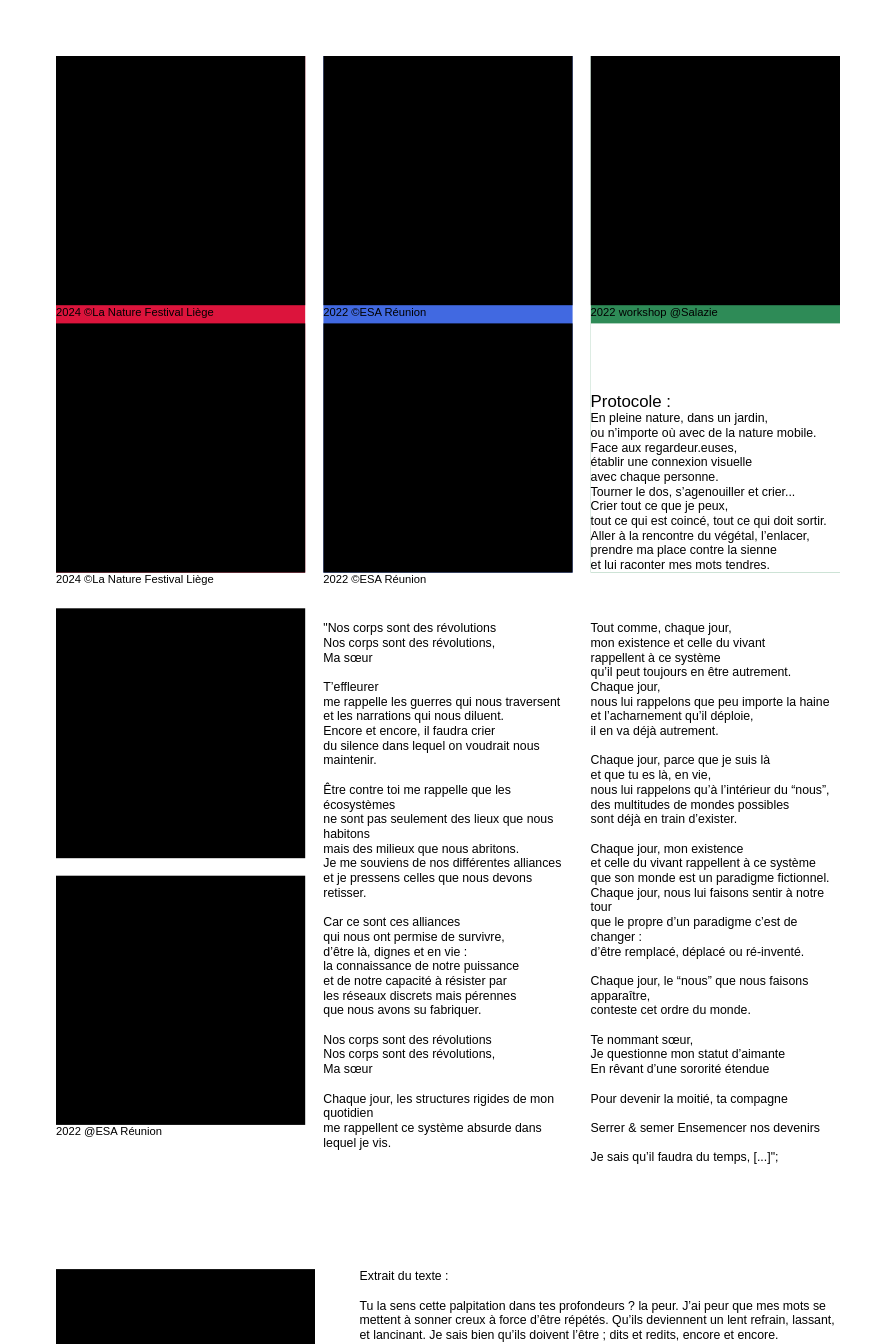
Repository: brunrhb/oce-p
Page: index.html
The author's editor kept a copy of each file at every save. The page is drawn from the files as they stood at one save, then again after the next save.
The browser window is 1280 px wide. The pictures show the part of the page from y = 0 to 1920 px (the page is 4769 px tall before and 4777 px after), at 70% of full size.

Above is the page before, as saved 2025-06-09 23:15:46.

### index.html
<!DOCTYPE html>
<html lang="fr">
<head>
  <meta charset="UTF-8">
  <meta name="viewport" content="width=device-width, initial-scale=1.0">
  <title>Grid 3 colonnes avec placeholders</title>
  <link rel="stylesheet" href="styles.css">
  <script defer src="content.js"></script>
</head>
<body>

<div class="allproject">

<section PROJET 1 LIASONS VEGETALES>

  <div class="p1">
    <div class="grid-p1s1" id="partie1">

<div class="col-p1s1-1">
  <div class="media-block-p1s1">
    <div class="placeholder-p1s1"></div>
    <p class="credit" data-content="p1s1-credit1"></p>
  </div>

  <div class="media-block-p1s1">
    <div class="placeholder-p1s1"></div>
    <p class="credit" data-content="p1s1-credit2"></p>
  </div>
</div>

    <div class="col-p1s1-2">
      <div class="media-block-p1s1">
        <div class="placeholder-p1s1"></div>
        <p class="credit" data-content="p1s1-credit3"></p>
      </div>
      <div class="media-block-p1s1">
        <div class="placeholder-p1s1"></div>
        <p class="credit" data-content="p1s1-credit4"></p>
      </div>
    </div>

    <div class="col-p1s1-3">
      <div class="media-block-p1s1">
        <div class="placeholder-p1s1"></div>
        <p class="credit" data-content="p1s1-credit5"></p>
      </div>
     <div class="text-block-p1s1">
       <p class="protocole-titre" data-content="p1s1-protocole-titre"></p>
       <p class="protocole-corps" data-content="p1s1-protocole-corps"></p>
    </div>

  </div>

    </div>
    <div class="grid-p1s2" id="partie2">

  <div class="col-p1s2-1">
    <div class="media-block-p1s2-1">
    <div class="placeholder-p1s1"></div>
      <div class="media-block-p1s2-2">
      <div class="placeholder-p1s1"></div>
      <p class="credit" data-content="p1s2-credit"></p>
    </div>
    </div>
  </div>

  <div class="col-p1s2-2">
      <div class="text-block-p1s2">
        <p class="extrait" data-content="p1s2-extrait1"></p>
      </div>
  </div>

  <div class="col-p1s2-3">
      <div class="text-block-p1s2">
        <p class="extrait" data-content="p1s2-extrait2"></p>
      </div>

  </div>



    </div>
  </div>

</section>

<section PROJET 2 PAENSER>

  <div class="p2">
    <div class="grid-p2">

       <div class="col-p2-1">
        <div class="media-block-p2">
          <div class="placeholder-p2"></div>
          <div class="credit" data-content="p2-credit"></div>
        </div>
        <div class="text-block-p2">
          <div class="protocole-titre" data-content="p2-protocole-titre"> </div>
          <div class="protocole-corps" data-content="p2-protocole-corps"> </div>
          <div class="lien" data-content="p2-lien"> </div>
        </div>
       </div>

       <div class="col-p2-2">
          <div class="extrait" data-content="p2-extrait"></div>
       </div>



    </div>
  </div>

</section>

<section RPOJET 3 DES NORMES AUX MORNES : MARRONNER EN SOI>

  <div class="p3">
    <div class="grid-p3">
      <div class="col-p3-1">
        <div class="text-block-p3-1">
          <div class="intro" data-content="p3-intro"></div>
          <div class="autre-corps" data-content="p3-autre-corps-1"> </div>
          <div class="biblio" data-content="p3-biblio"> </div>
        </div>
      </div>

      <div class="col-p3-2">
        <div class="text-block-p3-2">
          <div class="autre-corps" data-content="p3-autre-corps-1"> </div>
          <div class="media-block-p3">
            <div class="placeholder-p3"></div>
            <div class="placeholder-p3"></div>
          </div>

        </div>
      </div>

    </div>
  </div>



</section>

<section PROJET 4 GESTES POSSIBLEs>

<div class="p4">

<div class="grid-p4">

  <div class="col-p4-1">
    <div class="media-block-p4-1">
      <div class="credit" data-content="p4-credit"></div>
      <div class="placeholder-p4-1"></div>
    </div>
  </div>


  <div class="col-p4-2">
    <div class="placeholder-p4-2"></div>
    <div class="text-block-p4-1">
      <div class="intro" data-content="p4-intro"></div>
      <div class="autre-corps" data-content="p4-autre-corps-1"></div>
      <div class="lien" data-content="p4-lien"></div>
    </div>

  </div>


  <div class="col-p4-3">
    <div class="text-block-p4-2">
      <div class="protocole-titre" data-content="p4-protocole-titre"></div>
    </div>
  </div>

</div>

</div>

</section>

<section PROJET 5 LES MARGES FORCÉES>

  <div class="p5">
    <div class="grid-p5">

      <div class="col-p5-1">
        <div class="media-block-p5">
          <div class="placeholder-p5"></div>
          <div class="credit" data-content="p5-credit"></div>
        </div>
        <div class="text-block-p5-1">
        <div class="intro" data-content="p5-intro"></div>
        <div class="autre-corps" data-content="p5-autre-corps-1"></div>
        <div class="lien" data-content="p5-lien"></div>
        </div>
      </div>

      <div class="col-p5-2">
        <div class="extrait" data-content="p5-extrait"></div>
      </div>

    </div>
  </div>

</section>

<section PROJET 6 HIER C'EST DÉJÀ DEMAIN>

<div class="p6">
<div class="grid-p6">

  <div class="col-p6-1">
    <div class="media-block-p6-1">
      <div class="placeholder-p6-1"></div>
      <div class="credit" data-content="p6-credit-1"></div>
    </div>

    <div class="col-p6-2">
      <div class="autre-corps" data-content="p6-autre-corps-1"></div>
      <div class="text-block-p6-1">
        <div class="autre-corps" data-content="p6-autre-corps-2"></div>
        <div class="media-block-p6-2">
          <div class="placeholder-p6-2"></div>
          <div class="credit" data-content="p6-credit-2"></div>
        </div>
      </div>

    </div>

  </div>

</div>

</div>

</section>

<section PROJET 7 NOUS SOMMES LE PAYSAGE >

<div class="p7">

  <div class="grid-p7s1" id="partie1">

    <div class="col-p7s1">
      <div class="media-block-p7s1">
        <div class="placeholder-p7s1"></div>
        <div class="placeholder-p7s1"></div>
        <div class="placeholder-p7s1"></div>
        <div class="credit" data-content="p7s1-credit"></div>
      </div>

          <div class="col-p7s1">
        <div class="placeholder-p7s1"></div>
        <div class="placeholder-p7s1"></div>
        <div class="placeholder-p7s1"></div>
    </div>

              <div class="col-p7s1">
        <div class="placeholder-p7s1"></div>
        <div class="placeholder-p7s1"></div>
        <div class="placeholder-p7s1"></div>
    </div>

    <div class="grid-p7s2" id="partie2">

      <div class="row-p7s2-1">
        <div class="placeholder-p7s2"></div>
        <div class="placeholder-p7s2"></div>
        <div class="placeholder-p7s2"></div>
        <div class="media-block-p7s2">
          <div class="placeholder-p7s2"></div>
          <div class="credit" data-content="p7s2-credit-1"></div>
        </div>

      <div class="row-p7s2-2">
        <div class="text-block-p7s2-1">
          <div class="extrait" data-content="p7s2-extrait1"></div>
          <div class="credit" data-content="p7s2-credit-2"></div>
        </div>
        <div class="text-block-p7s2-2">
          <div class="extrait" data-content="p7s2-extrait2"></div>
        </div>
        <div class="text-block-p7s2-3">
          <div class="trait"></div>
          <div class="protocole-titre" data-content="p7s2-protocole-titre"></div>
          <div class="protocole-corps" data-content="p7s2-protocole-corps"></div>
        </div>
      </div>


      </div>
    </div>

  </div>

</div>

</section>

<section PROJET 8 NYAZE>

<div class="p8">

<div class="grid-p8">

  <div class="col-p8-1">
    <div class="text-block-p8">
      <div class="extrait" data-content="p8-extrait"></div>
      <div class="trait"></div>
      <div class="protocole-titre" data-content="p8-protocole-titre"></div>
      <div class="protocole-corps" data-content="p8-protocole-corps"></div>
    </div>
  </div>

  <div class="col-p8-2">
    <div class="media-block-p8">
      <div class="placeholder-p8"></div>
      <div class="credit" data-content="p8-credit"></div>
    </div>
  </div>

</div>

</div>

</section>

 </div>

</body>
</html>

### styles.css
body {
  margin: 0;
  font-family: sans-serif;
  font-size: clamp(0.9rem, 1.5vw, 1.2rem);
}

.allproject {
  display: flex;
  flex-direction: column;
  justify-content: flex-start;
  gap: 4vw;
}


/* #region PROJET1 LIASONS VEGETALES */
.p1 {
  display: flex;
  flex-direction: column;
  justify-content: flex-start;
  gap: 4vw;
}


/* #region slide1 */

/* 1 grille et colonnes */
.grid-p1s1 {
  display: grid;
  grid-template-columns: 1fr 1fr 1fr;
  padding-top: 5rem;
  padding-left: 5rem;
  padding-right: 5rem;
  column-gap: 2vw;
}

.col-p1s1-1 {
  display: flex;
  flex-direction: column;
  justify-content: flex-start;
  gap: 2vw;
  background-color: crimson;
}

.col-p1s1-2 {
  display: flex;
  flex-direction: column;
  justify-content: flex-start;
  gap: 2vw;
  background-color: royalblue;
}

.col-p1s1-3 {
  display: flex;
  flex-direction: column;
  justify-content: flex-start;
  gap: 2vw;
  background-color: seagreen;
}


/* 2 blocks et elements */
.media-block-p1s1 {
  display: block;
  width: 100%;
}

.placeholder-p1s1 {
  aspect-ratio: 1 / 1;
  width: 100%;
  background-color: black;
}

.credit {
  position: absolute;
  font-size: 1rem;
  line-height: 1.2;
  margin: 0;
  z-index: 10;
}

.text-block-p1s1 {
  display: flex;
  flex-direction: column;
  justify-content: flex-end;
  width: 100%;
  aspect-ratio: 1 / 1;
  background-color: white;
  padding: 0;
  margin: 0;
  gap: 0;
}

.protocole-titre {
  font-size: 1.5rem;
  margin: 0;
  padding: 0;
}

.protocole-corps {
  font-size: 1.1rem;
  margin: 0;
  padding: 0;
}

/* #endregion */


/* #region slide2 */

/* 1 grille et colonnes */
.grid-p1s2 {
  display: grid;
  grid-template-columns: 1fr 1fr 1fr;
  padding-bottom: 5rem;
  padding-left: 5rem;
  padding-right: 5rem;
  column-gap: 2vw;
}

.col-p1s2-1 {
  display: flex;
  flex-direction: column;
  justify-content: flex-start;
  gap: 20vw;
}

.col-p1s2-2 {
  display: flex;
}

.col-p1s2-3 {
  display: flex;
}


/* 2 blocks et elements */
.media-block-p1s2-1 {
  display: flex;
  flex-direction: column;
  gap: 2vw;
  position: relative;
  width: 100%;
}

.media-block-p1s2-2 {
  display: block;
  position: relative;
  width: 100%;
}

.text-block-p1s2 {
  gap: 0;
}

.extrait {
  font-size: 1.1rem;
}

/* #endregion */

/* #endregion */


/* #region P2 PAENSER */


.p2 {
  display: flex;
  flex-direction: column;
  justify-content: flex-start;
}

/* 1 grille et colonnes */
.grid-p2 {
  display: grid;
  grid-template-columns: 0.7fr 1.3fr;
  padding-left: 5rem;
  padding-right: 5rem;
  column-gap: 5vw;
}
.col-p2-1 {
  display: flex;
  flex-direction: column;
  justify-content: flex-start;
  gap: 2vw;
}
.col-p2-2 {
  display: flex;
  flex-direction: column;
  justify-content: flex-start;
  gap: 2vw;
}

/* 2 blocks et elements */
.media-block-p2 {
  display: block;
  width: 100%;

}
.placeholder-p2 {
  aspect-ratio: 1 / 1;
  width: 100%;
  background-color: black;
}
.credit {
  text-align: right;
}
.text-block-p2 {
}
.protocole-titre {
}
.protocole-corps {
}
.lien {
}
.extrait {
}

/* #endregion */


/* #region P3 DES NORMES AUX MORNES : MARRONNER EN SOI. */

/* 1 grille et colonnes */
.grid-p3 {
  display: grid;
  grid-template-columns: 1fr 1fr;
  padding-left: 5rem;
  padding-right: 5rem;
  column-gap: 2vw;
}
.col-p3-1 {
}
.col-p3-2 {
}

/* 2 blocks et elements */
.text-block-p3-1 {
}
.text-block-p3-2 {
}
.intro {
}
.autre-corps {
}
.biblio {
}
.media-block-p3 {
}
.placeholder-p3 {
}

/* #endregion */


/* #region P4 ECOLE COMME CAISSE D RESONNANCE */

/* 1 grille et colonnes */
.grid-p4 {
  display: grid;
  grid-template-columns: 1fr 1fr 1fr;

  padding-left: 5rem;
  padding-right: 5rem;
  column-gap: 2vw;
}

.col-p4-1 {
}
.col-p4-2 {
}
.col-p4-3 {
}

/* 2 blocks et elements */
.media-block-p4-1 {
}
.placeholder-p4-1 {
}
.placeholder-p4-2 {
}
.credit {
}
.text-block-p4-1 {
}
.intro {
}
.autre-corps {
}
.lien {
}
.text-block-p4-2 {
}
.protocole-titre {
}

/* #endregion */


/* #region P5 */

/* 1 grille et colonnes */
.grid-p5 {
  display: grid;
  grid-template-columns: 0.3fr 0.7fr 1fr;
  padding-left: 5rem;
  padding-right: 5rem;
  column-gap: 2vw;
}

.col-p5-1 {
}
.col-p5-2 {
}

/* 2 blocks et elements */
.media-block-p5 {
}
.placeholder-p5 {
}
.credit {
}
.text-block-p5-1 {
}
.intro {
}
.autre-corps {
}
.lien {
}
.extrait {
}

/* #endregion */


/* #region P6 */

/* 1 grille et colonnes */
.grid-p6 {
}
.col-p6-1 {
}
.col-p6-2 {
}

/* 2 blocks et elements */
.media-block-p6-1 {
}
.placeholder-p6-1 {
}
.credit {
}
.autre-corps {
}
.text-block-p6-1 {
}
.media-block-p6-2 {
}
.placeholder-p6-2 {
}

/* #endregion */

/* #region P7 */
/* #region P7S1 */

/* 1 grille et colonnes */
.grid-p7s1 {
}
.col-p7s1 {
}

/* 2 blocks et elements */
.media-block-p7s1 {
}
.placeholder-p7s1 {
}
.credit {
}

/* #endregion */


/* #region P7S2 */

/* 1 grille et colonnes */
.grid-p7s2 {
}
.row-p7s2-1 {
}
.row-p7s2-2 {
}

/* 2 blocks et elements */
.placeholder-p7s2 {
}
.media-block-p7s2 {
}
.credit {
}
.text-block-p7s2-1 {
}
.extrait {
}
.text-block-p7s2-2 {
}
.text-block-p7s2-3 {
}
.trait {
}
.protocole-titre {
}
.protocole-corps {
}

/* #endregion */
/* #endregion */


/* #region P8 */

/* 1 grille et colonnes */
.grid-p8 {
}
.col-p8-1 {
}
.col-p8-2 {
}

/* 2 blocks et elements */
.text-block-p8 {
}
.extrait {
}
.trait {
}
.protocole-titre {
}
.protocole-corps {
}
.media-block-p8 {
}
.placeholder-p8 {
}
.credit {
}

/* #endregion */

Loaded but not shown: content.js (174 lines, source omitted)

After the next save:
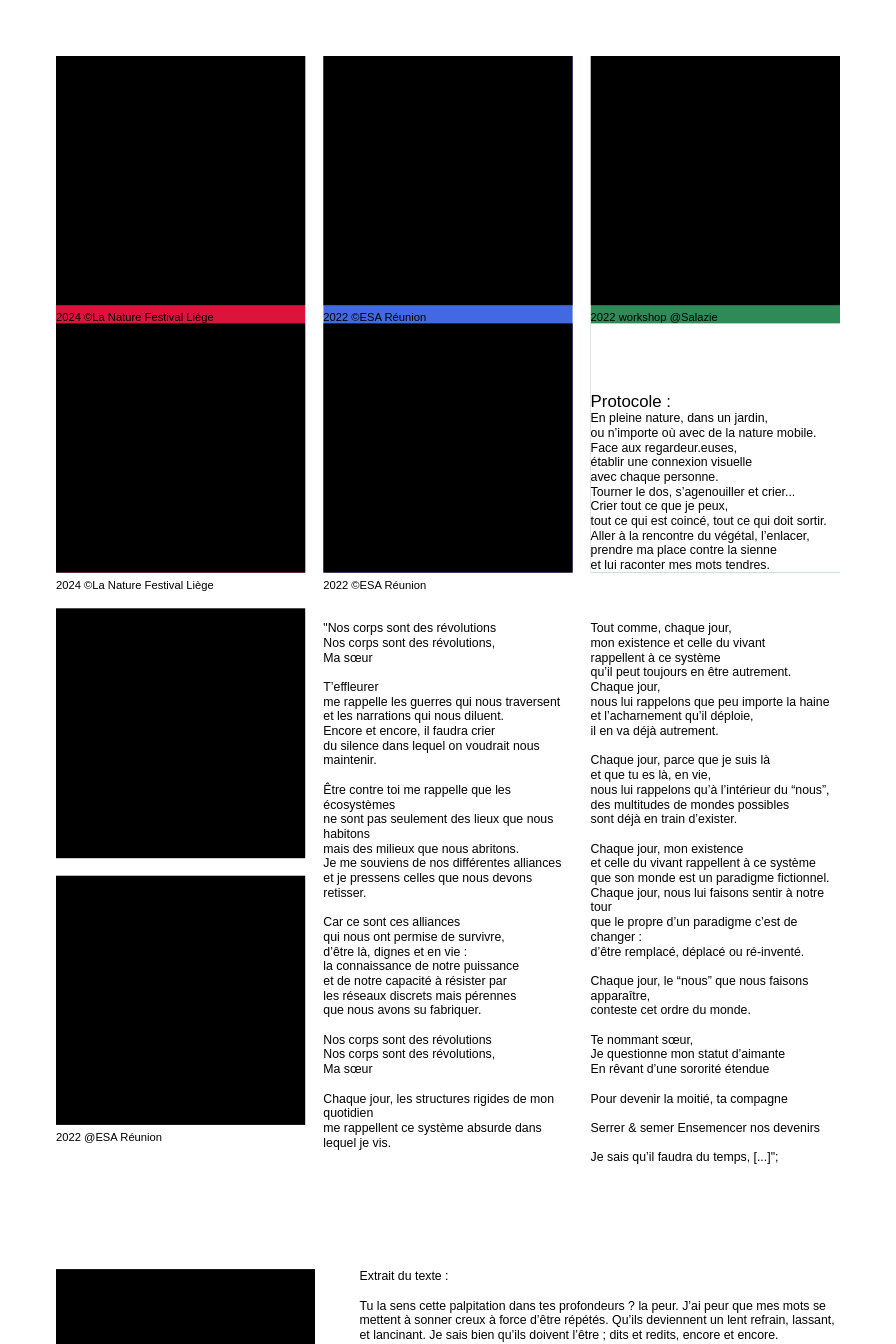
Saved 77 s later.
--- a/styles.css
+++ b/styles.css
@@ -204,6 +204,7 @@
 }
 .credit {
   text-align: right;
+  margin-top:0.5rem ;
 }
 .text-block-p2 {
 }
@@ -297,7 +298,7 @@
 /* #endregion */
 
 
-/* #region P5 */
+/* #region P5 GESTES POSSIBLES */
 
 /* 1 grille et colonnes */
 .grid-p5 {
@@ -334,7 +335,7 @@
 /* #endregion */
 
 
-/* #region P6 */
+/* #region P6 LES MARGES FORCÉES */
 
 /* 1 grille et colonnes */
 .grid-p6 {
@@ -362,7 +363,7 @@
 
 /* #endregion */
 
-/* #region P7 */
+/* #region P7  */
 /* #region P7S1 */
 
 /* 1 grille et colonnes */

After the save that followed:
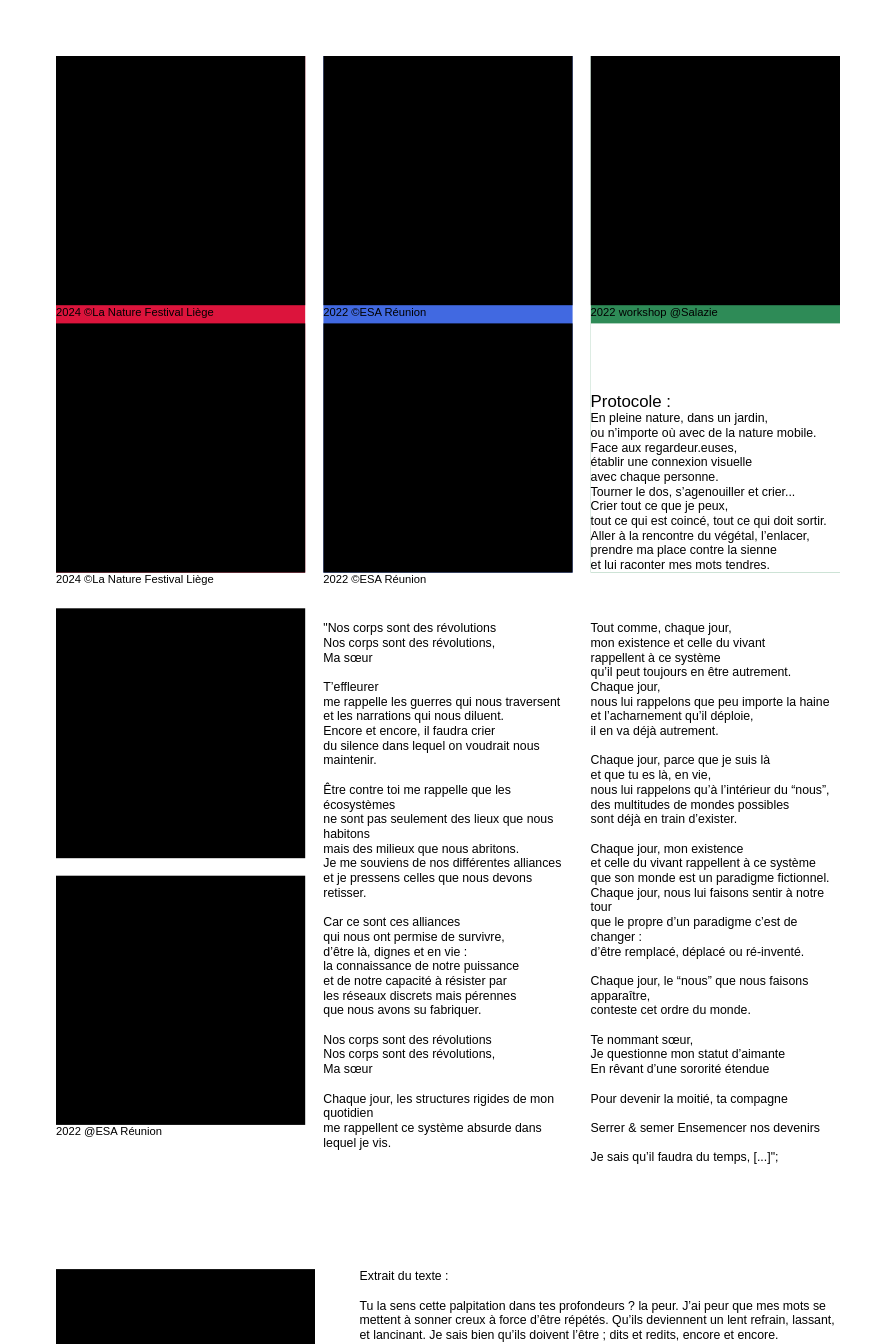
Saved 4 s later.
--- a/styles.css
+++ b/styles.css
@@ -204,7 +204,7 @@
 }
 .credit {
   text-align: right;
-  margin-top:0.5rem ;
+  margin: top 0.5rem; ;
 }
 .text-block-p2 {
 }
